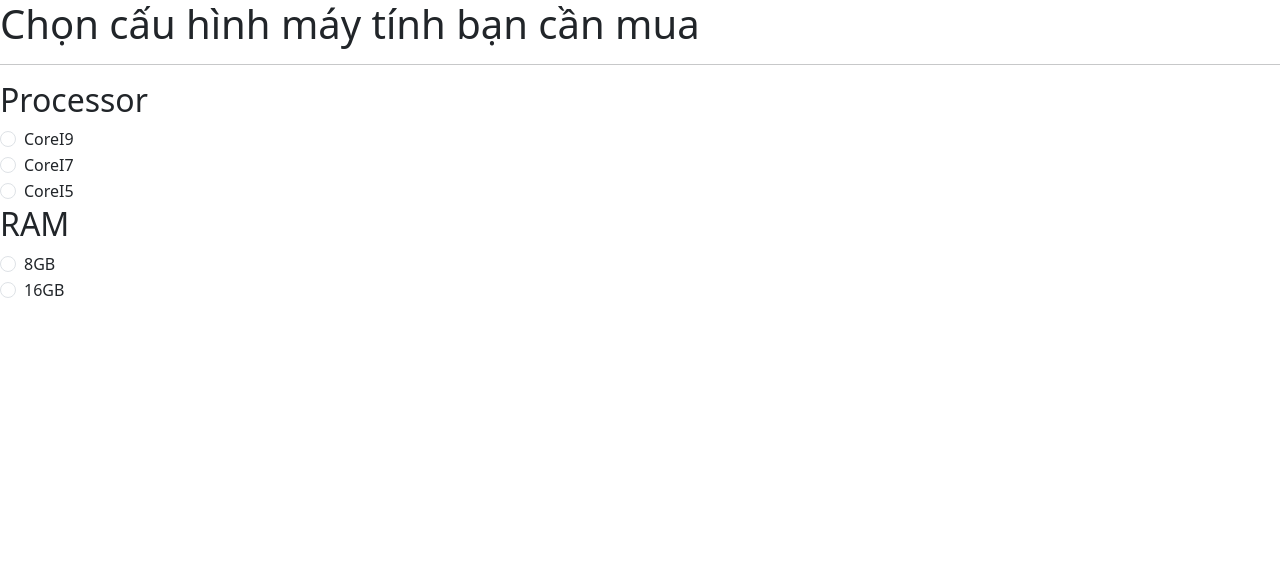
Repository: Vanh260703/Java-Servlet
Page: http://localhost/Bai7/muaMayTinh.jsp
The author's editor kept a copy of each file at every save. The page is drawn from the files as they stood at one save, then again after the next save.
The browser window is 1280 px wide. The pictures show the whole page.
The page is served by Tomcat 9.

Above is the page before, as saved 2025-03-04 18:51:26.

### Bai7/src/main/webapp/muaMayTinh.jsp
<%@ page language="java" contentType="text/html; charset=UTF-8"
    pageEncoding="UTF-8"%>
<!DOCTYPE html>
<html>
<head>
<meta charset="UTF-8">
<title>Insert title here</title>
<link href="https://cdn.jsdelivr.net/npm/bootstrap@5.3.3/dist/css/bootstrap.min.css" rel="stylesheet" integrity="sha384-QWTKZyjpPEjISv5WaRU9OFeRpok6YctnYmDr5pNlyT2bRjXh0JMhjY6hW+ALEwIH" crossorigin="anonymous">
<script src="https://cdn.jsdelivr.net/npm/@popperjs/core@2.11.8/dist/umd/popper.min.js" integrity="sha384-I7E8VVD/ismYTF4hNIPjVp/Zjvgyol6VFvRkX/vR+Vc4jQkC+hVqc2pM8ODewa9r" crossorigin="anonymous"></script>
<script src="https://cdn.jsdelivr.net/npm/bootstrap@5.3.3/dist/js/bootstrap.min.js" integrity="sha384-0pUGZvbkm6XF6gxjEnlmuGrJXVbNuzT9qBBavbLwCsOGabYfZo0T0to5eqruptLy" crossorigin="anonymous"></script>
</head>
<body>
	<h1>Chọn cấu hình máy tính bạn cần mua</h1>
	<hr/>
	<form action="">
	<h2>Processor</h2>
		<div class="form-check">
  <input class="form-check-input" type="radio" name="processor" id = "coreI9" value = "coreI9">
  <label class="" for="coreI9">
    CoreI9
  </label>
</div>
<div class="form-check">
  <input class="form-check-input" type="radio" name="processor" id="coreI7" value = "coreI7" >
  <label class="form-check-label" for="coreI7">
    CoreI7
  </label>
</div>
<div class="form-check">
  <input class="form-check-input" type="radio" name="processor" id="coreI5" value = "coreI5" >
  <label class="form-check-label" for="coreI5">
    CoreI5
  </label>
</div>
<h2>RAM</h2>
<div class="form-check">
  <input class="form-check-input" type="radio" name="ram" id="8GB" value = "8GB" >
  <label class="form-check-label" for="8GB">
    8GB
  </label>
</div>
<div class="form-check">
  <input class="form-check-input" type="radio" name="ram" id="16GB" value = "16GB" >
  <label class="form-check-label" for="16GB">
    16GB
  </label>
</div>

	</form>
</body>
</html>

After the next save:
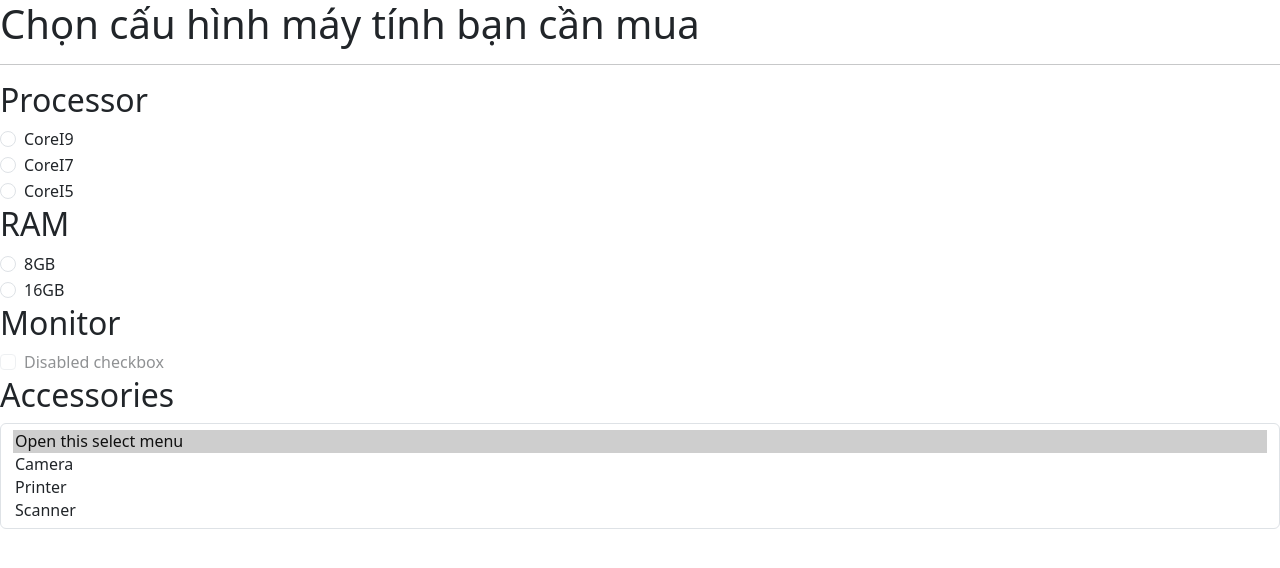
Saved 3 min 58 s later.
--- a/Bai7/src/main/webapp/muaMayTinh.jsp
+++ b/Bai7/src/main/webapp/muaMayTinh.jsp
@@ -45,7 +45,20 @@
     16GB
   </label>
 </div>
-
+<h2>Monitor</h2>
+<div class="form-check">
+  <input class="form-check-input" type="checkbox" value="Monitor" id="monitor" disabled>
+  <label class="form-check-label" for="monitor">
+    Disabled checkbox
+  </label>
+</div>
+<h2>Accessories</h2>
+<select class="form-select" multiple aria-label="multiple select example" name = "accessories">
+  <option selected>Open this select menu</option>
+  <option value="Camera">Camera</option>
+  <option value="Printer">Printer</option>
+  <option value="Scanner">Scanner</option>
+</select>
 	</form>
 </body>
 </html>
